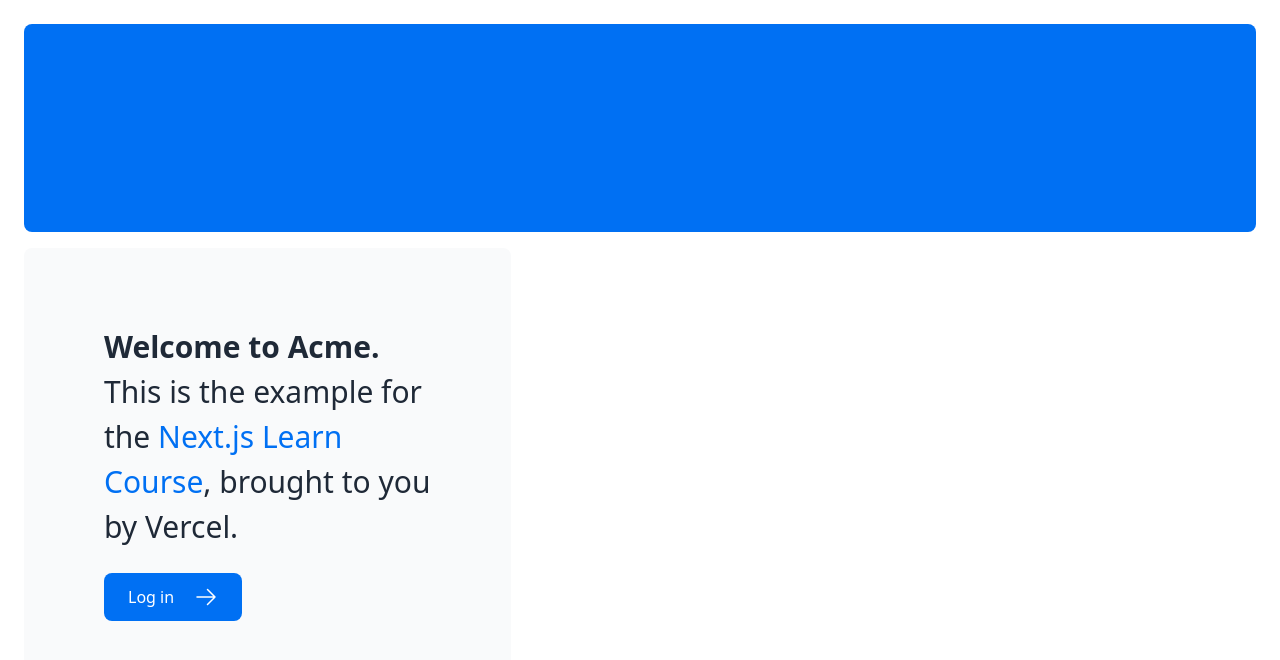
Repository: nooruddine/nfa-app
Page: /
These files come from the project's save history. The page is drawn as it stood at one moment and after a run of saves; the edit follows.
The browser window is 1280 px wide. The pictures show the whole page.
The project was rebuilt for these pictures with package versions that can differ from the ones it lists, and the page was loaded fresh each time. The framework's server and built-in components were replaced by stand-ins that run in the browser. Also part of the build but not shown: next.config.mjs.

Above is the page before, as saved 2024-08-22 23:17:29.

After the next 5 saves:
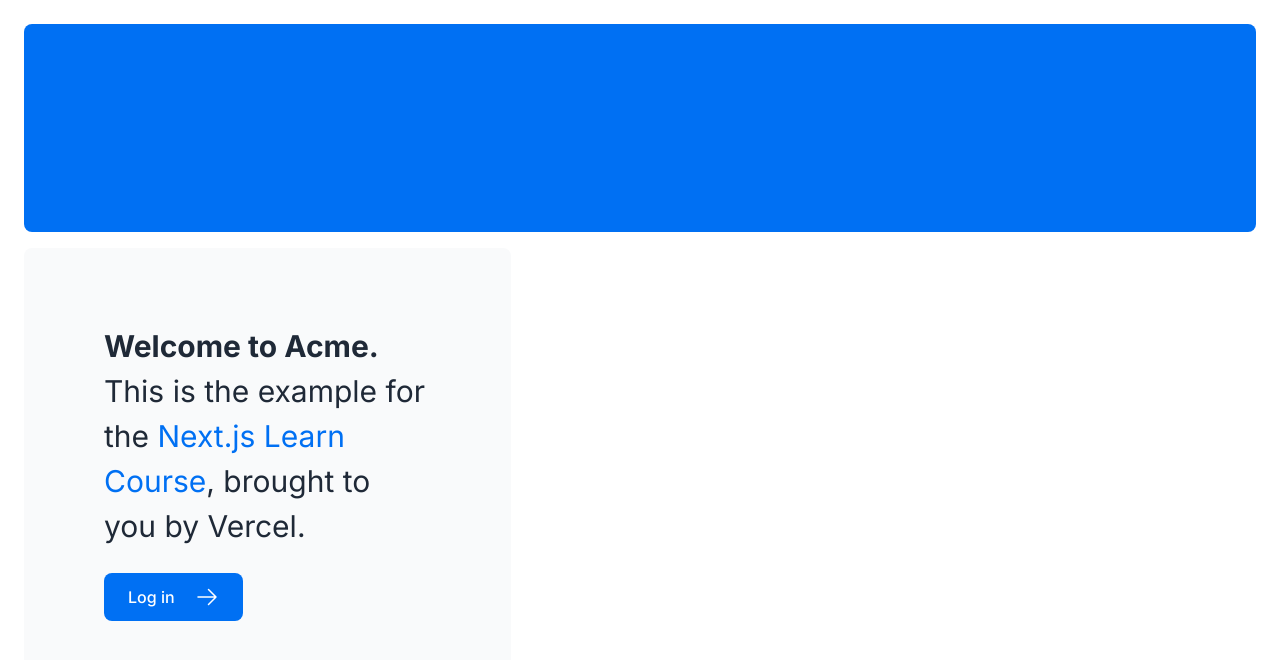
The 5 saves are shown as one change because they came seconds apart.
The last was saved 12 s later.
--- a/app/layout.tsx
+++ b/app/layout.tsx
@@ -9,7 +9,7 @@ export default function RootLayout({
 }) {
   return (
     <html lang="en">
-      <body className={``}>{children}</body>
+      <body className={`${inter.className}`}>{children}</body>
     </html>
   );
 }
